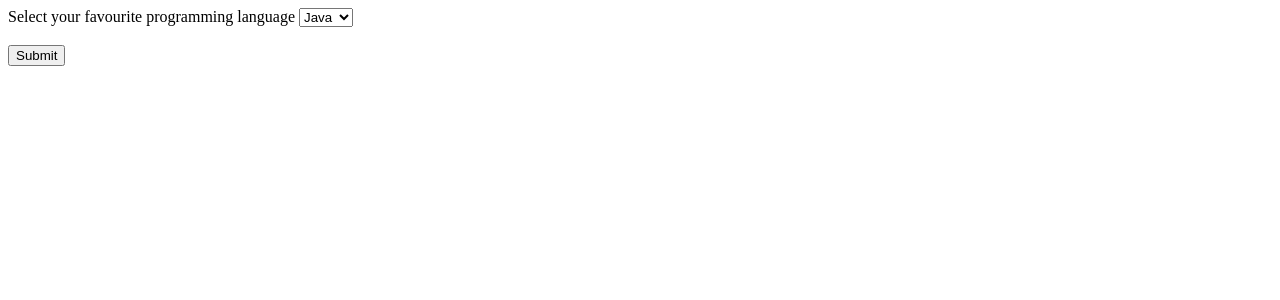
Repository: CP-Aayush/JSP-Projects
Page: http://localhost/jsp-session/cookies-personalized-form.jsp
These files come from the project's save history. The page is drawn as it stood at one moment and after the next save; the edit follows.
The browser window is 1280 px wide. The pictures show the whole page.
The page is served by Tomcat 9.

Above is the page before, as saved 2019-08-04 05:27:03.

### jsp-session/WebContent/cookies-personalized-form.jsp
<html>

<head>
	<title>Personalize The Site</title>
</head>
<body>
<form action="cookies-personalize-response.jsp">
	Select your favourite programming language
	<select name="favouriteLanguage">
		<option>Java</option>
		<option>C#</option>
		<option>PHP</option>
		<option>Ruby</option>
	</select>
	<br><br>
	<input type="submit" value="Submit">
</form>

</body>
</html>

After the next save:
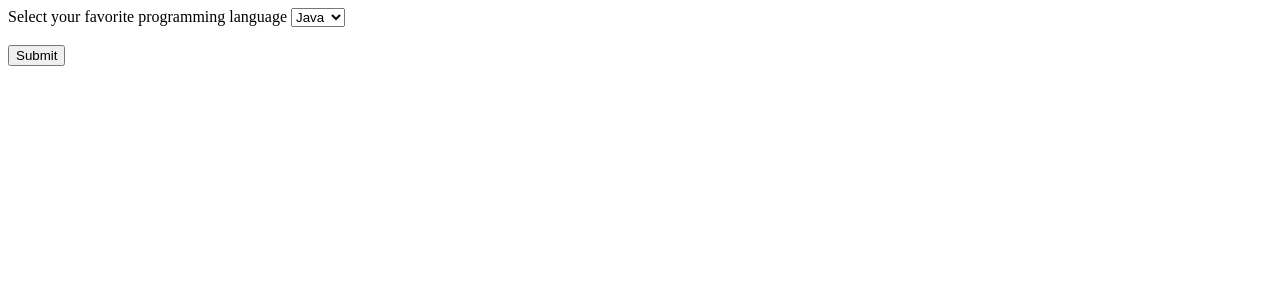
Saved 62 s later.
--- a/jsp-session/WebContent/cookies-personalized-form.jsp
+++ b/jsp-session/WebContent/cookies-personalized-form.jsp
@@ -5,8 +5,8 @@
 </head>
 <body>
 <form action="cookies-personalize-response.jsp">
-	Select your favourite programming language
-	<select name="favouriteLanguage">
+	Select your favorite programming language
+	<select name="favoriteLanguage">
 		<option>Java</option>
 		<option>C#</option>
 		<option>PHP</option>
